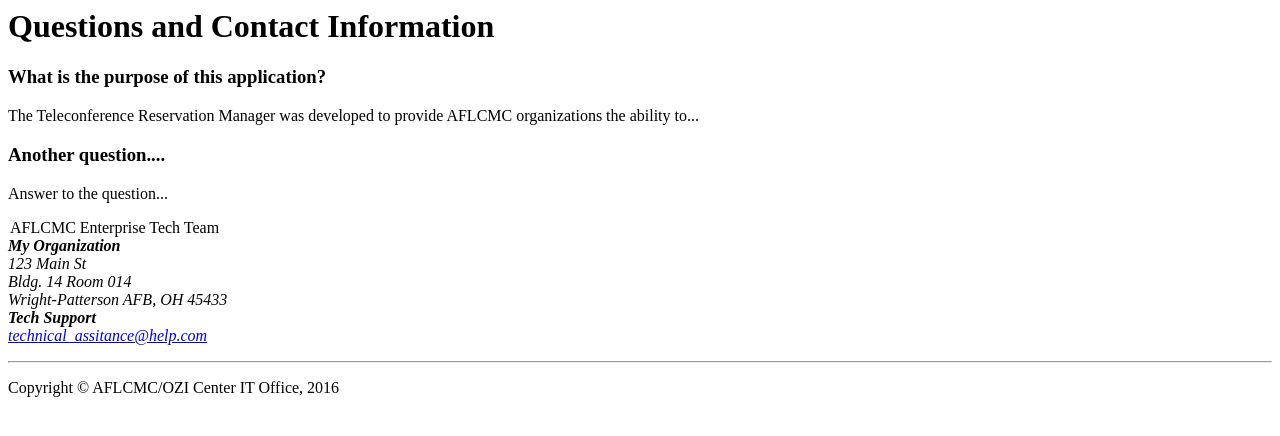
Repository: roseberrytim/Teleconference-Manager
Page: src/app/help/help.html
The author's editor kept a record of every edit. The page is drawn from the files as they stood at one moment, then again after the next edit.
The browser window is 1280 px wide. The pictures show the whole page.

Above is the page before.

After the next edit:
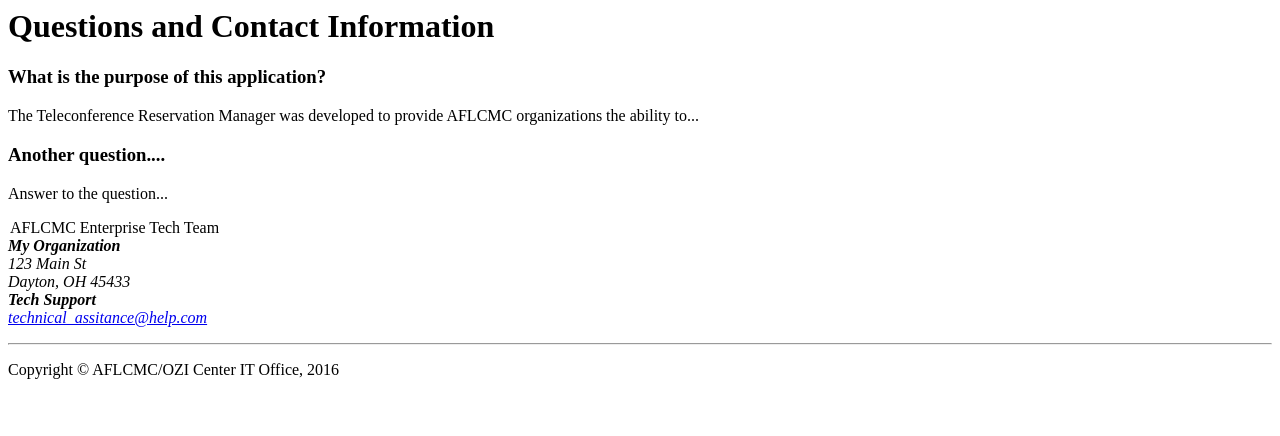
The edit:
--- a/src/app/help/help.html
+++ b/src/app/help/help.html
@@ -21,8 +21,7 @@
             <address>
                 <strong>My Organization</strong><br>
                 123 Main St<br>
-				Bldg. 14 Room 014<br>
-                Wright-Patterson AFB, OH 45433
+                Dayton, OH 45433
             </address>
             <address>
                 <strong>Tech Support</strong><br>
